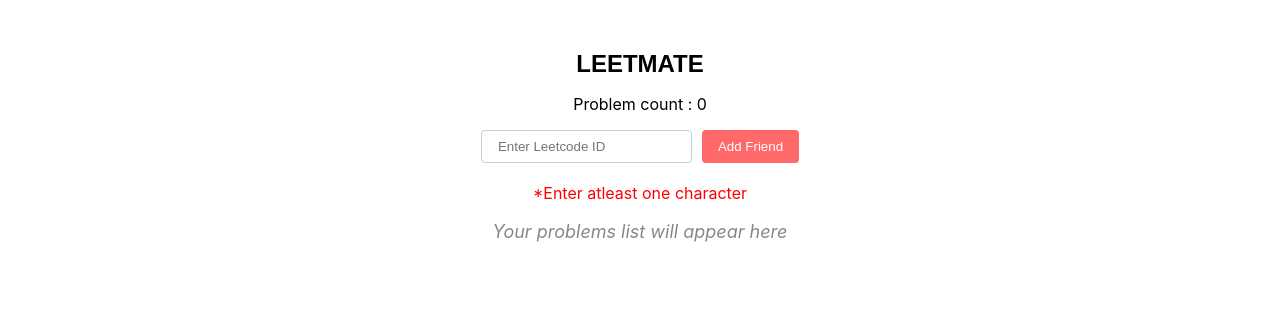
Repository: Sanketh149/leetcode-discord
Page: /
These files come from the project's save history. The page is drawn as it stood at one moment and after the next save; the edit follows.
The browser window is 1280 px wide. The pictures show the whole page.
The project was rebuilt for these pictures with package versions that can differ from the ones it lists, and the page was loaded fresh each time. Also part of the build but not shown: src/Modal.module.css, src/Modal.js, src/Cart.module.css, src/Cart.js.

Above is the page before, as saved 2023-06-21 18:05:37.

After the next save:
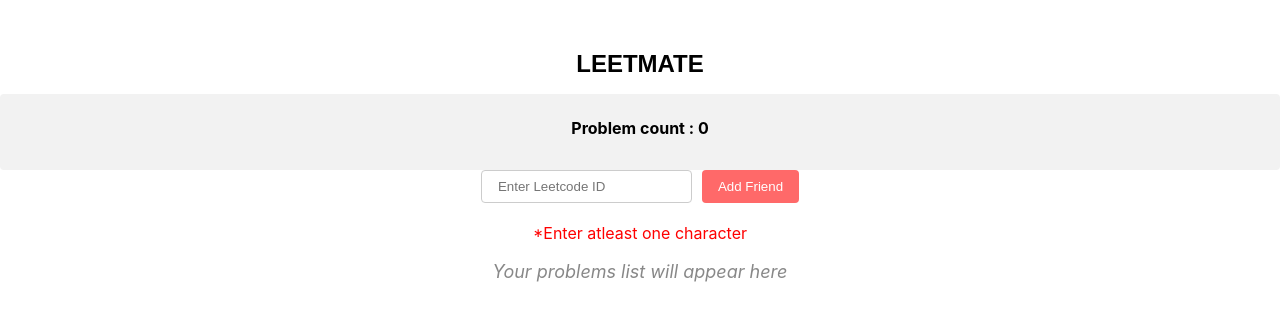
Saved 4 s later.
--- a/src/App.css
+++ b/src/App.css
@@ -81,6 +81,13 @@
 .displayNameButton:hover {
   background-color: #e0e0e0;
 }
-.probCount {
-  margin-bottom: 40px;
+.problemCountCard {
+  background-color: #f2f2f2;
+  padding: 16px;
+  margin-top: 16px;
+  border-radius: 4px;
 }
+.problemCount {
+  font-weight: bold;
+  margin-top: 8px;
+}
